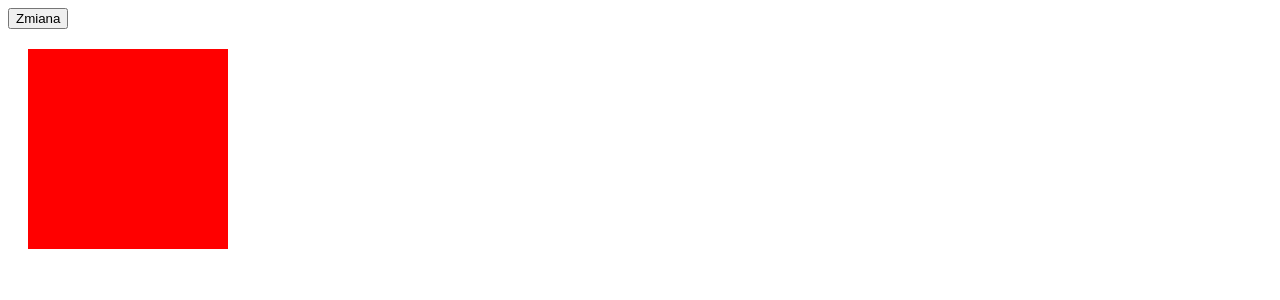
Repository: magdaf41/jQuery
Page: zadanie 3/index.html
These files come from the project's save history. The page is drawn as it stood at one moment and after the next save; the edit follows.
The browser window is 1280 px wide. The pictures show the whole page.
After loading, the first visible `#button` was clicked once.

Above is the page before, as saved 2020-09-09 22:21:18.
Console error: ReferenceError: colorChange is not defined

### zadanie 3/index.html
<!DOCTYPE html>
<html lang="en">
<head>
    <meta charset="UTF-8">
    <meta name="viewport" content="width=device-width, initial-scale=1.0">
    <title>Animacja</title>
    <link rel="stylesheet" href="css/style.css">
</head>
<body>

    <button id="button">Zmiana</button>
    <div id="square"></div>

    <script src="js/jquery-3.5.1.min.js"></script>
    <script src="js/main.js"></script>

</body>
</html>

### zadanie 3/css/style.css
#square {
    height: 200px;
    width: 200px;
    background-color: red;
    margin: 20px;
}

### zadanie 3/js/main.js
$(document).ready(function () {

$('#button').click(function () {
$('#square').animate({ 'marginLeft': '100px', 'width': '100px', 'height': '100px' }, 3000, colorChange);
});
});




//     function colorChange() {
//         $('div').animate({ 'border': '10px solid blue' }, 8000, finishShow);
//     }
//     function finishShow() {
//         $('div').html('<h1>Animation Finish</h1>');
//     }
// });

Loaded but not shown: zadanie 3/js/jquery-3.5.1.min.js (library)

After the next save:
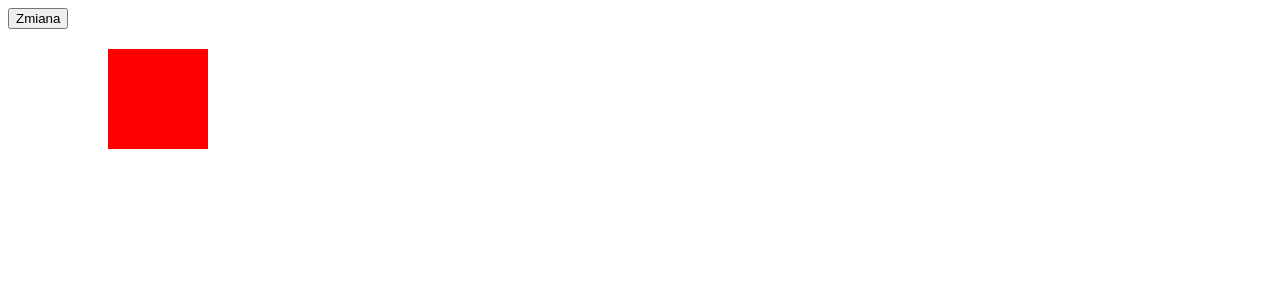
Saved 3 min 33 s later.
--- a/zadanie 3/js/main.js
+++ b/zadanie 3/js/main.js
@@ -1,13 +1,15 @@
 $(document).ready(function () {
 
-$('#button').click(function () {
-$('#square').animate({ 'marginLeft': '100px', 'width': '100px', 'height': '100px' }, 3000, colorChange);
-});
+    $('#button').click(function(){
+        $('#square').animate({'marginLeft': '100px', 'width': '100px', 'height': '100px'}), 3000, colorChange;
+    });
 });
 
 
-
-
+// $('#animate').click(function(){
+//     $('h1').animate({opacity: 0.3, fontSize: '3em'}, 2000, function() {
+//         $(this).after('<p>Animacja zakończona</a>');
+//     });
 //     function colorChange() {
 //         $('div').animate({ 'border': '10px solid blue' }, 8000, finishShow);
 //     }
